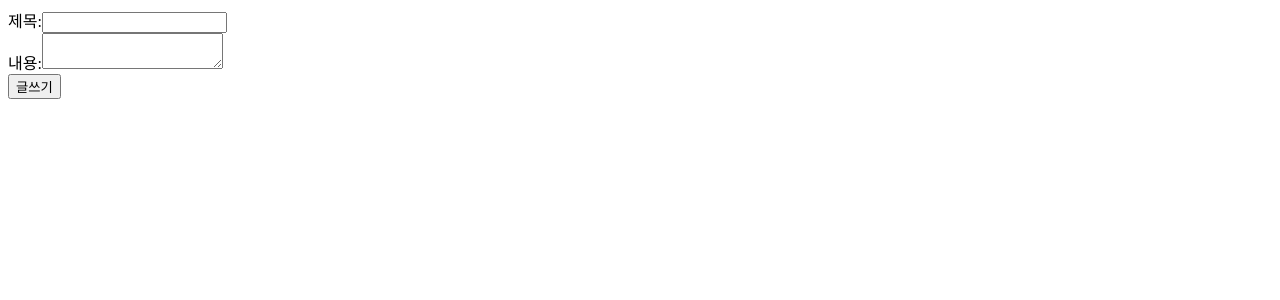
Repository: wonsungjin/Spring
Page: http://localhost/spring3_prj/lec05_rest/board_insert.jsp
The author's editor kept a copy of each file at every save. The page is drawn from the files as they stood at one save, then again after the next save.
The browser window is 1280 px wide. The pictures show the whole page.
The page is served by Tomcat 9.

Above is the page before, as saved 2024-06-14 02:31:25.

After the next save:
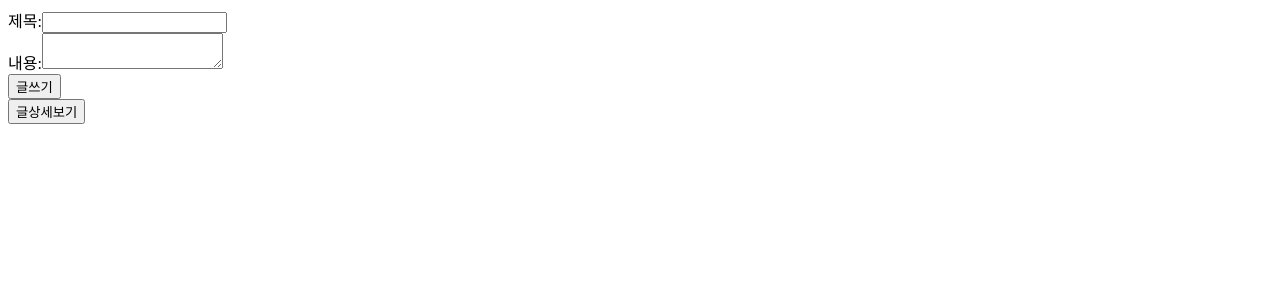
Saved 2 min 43 s later.
--- a/spring3_prj/src/main/webapp/lec05_rest/board_insert.jsp
+++ b/spring3_prj/src/main/webapp/lec05_rest/board_insert.jsp
@@ -17,7 +17,7 @@
 내용:<textarea name="contents"></textarea><br>
 <input type="submit" value="글쓰기">
 </form>
-
+<input type="submit" value="글상세보기" href = "">
 <script src="https://code.jquery.com/jquery-3.7.1.js"></script>
 <script> $(function() { }); </script>
 

After the save that followed:
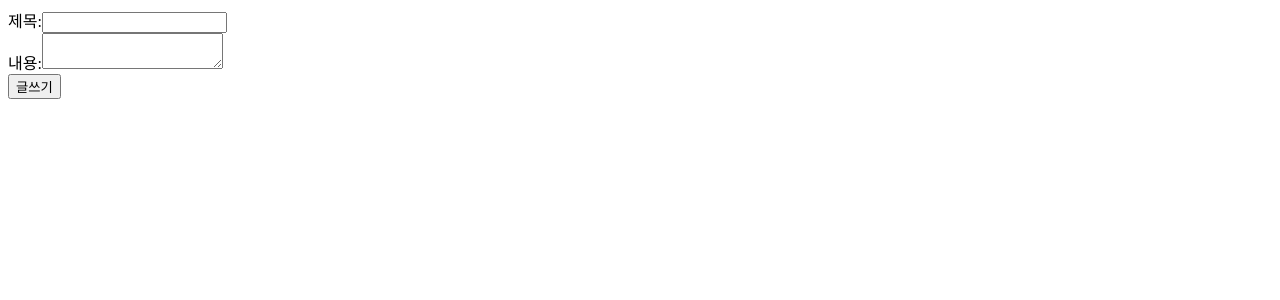
Saved 2 min 7 s later.
--- a/spring3_prj/src/main/webapp/lec05_rest/board_insert.jsp
+++ b/spring3_prj/src/main/webapp/lec05_rest/board_insert.jsp
@@ -17,7 +17,6 @@
 내용:<textarea name="contents"></textarea><br>
 <input type="submit" value="글쓰기">
 </form>
-<input type="submit" value="글상세보기" href = "">
 <script src="https://code.jquery.com/jquery-3.7.1.js"></script>
 <script> $(function() { }); </script>
 
